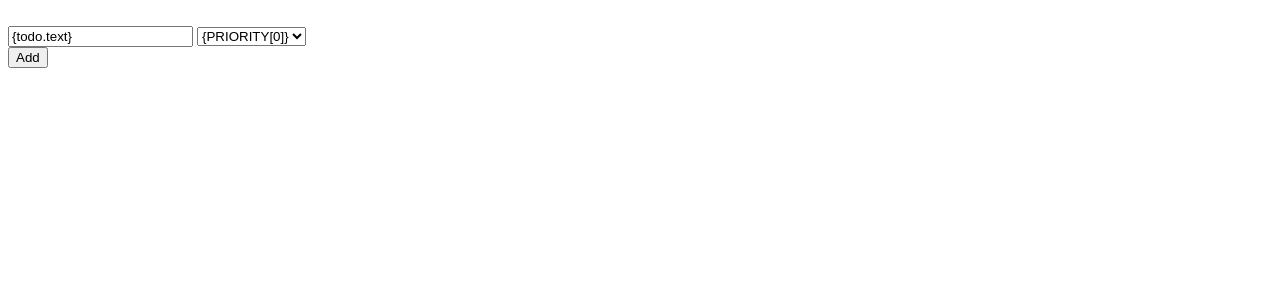
Repository: nicobrinkkemper/firebase-svelte-tododemo
Page: src/components/TodoForm.html
The author's editor kept a copy of each file at every save. The page is drawn from the files as they stood at one save, then again after the next save.
The browser window is 1280 px wide. The pictures show the whole page.

Above is the page before, as saved 2018-11-23 16:48:02.

### src/components/TodoForm.html
<div class="row">
	<div class="col-md-12">
		<br />
		<div class="input-group">
			<input class="form-control text" type="text" required={true} value={todo.text} placeholder="Write a todo"
			 onKeyUp={onSubmit} onChange={onTextChange} />

			<select class="form-control priority" value={todo.priority || 0} onChange={onPriorityChange}>
				<option value={0}>{PRIORITY[0]}</option>
				<option value={1}>{PRIORITY[1]}</option>
				<option value={2}>{PRIORITY[2]}</option>
			</select>
			<div class="input-group-append">
				<button class="btn btn-primary" onClick={onAdd}>
					Add
				</button>
			</div>
		</div>
	</div>
</div>

<style>
</style>

After the next save:
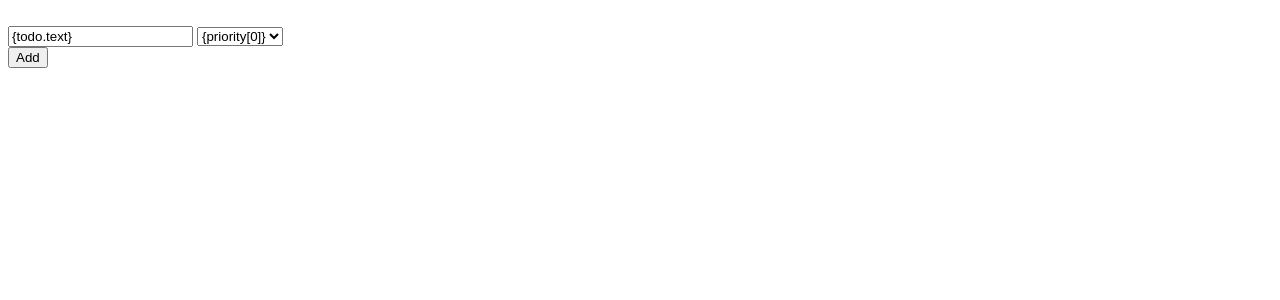
Saved 27 s later.
--- a/src/components/TodoForm.html
+++ b/src/components/TodoForm.html
@@ -6,9 +6,9 @@
 			 onKeyUp={onSubmit} onChange={onTextChange} />
 
 			<select class="form-control priority" value={todo.priority || 0} onChange={onPriorityChange}>
-				<option value={0}>{PRIORITY[0]}</option>
-				<option value={1}>{PRIORITY[1]}</option>
-				<option value={2}>{PRIORITY[2]}</option>
+				<option value={0}>{priority[0]}</option>
+				<option value={1}>{priority[1]}</option>
+				<option value={2}>{priority[2]}</option>
 			</select>
 			<div class="input-group-append">
 				<button class="btn btn-primary" onClick={onAdd}>
